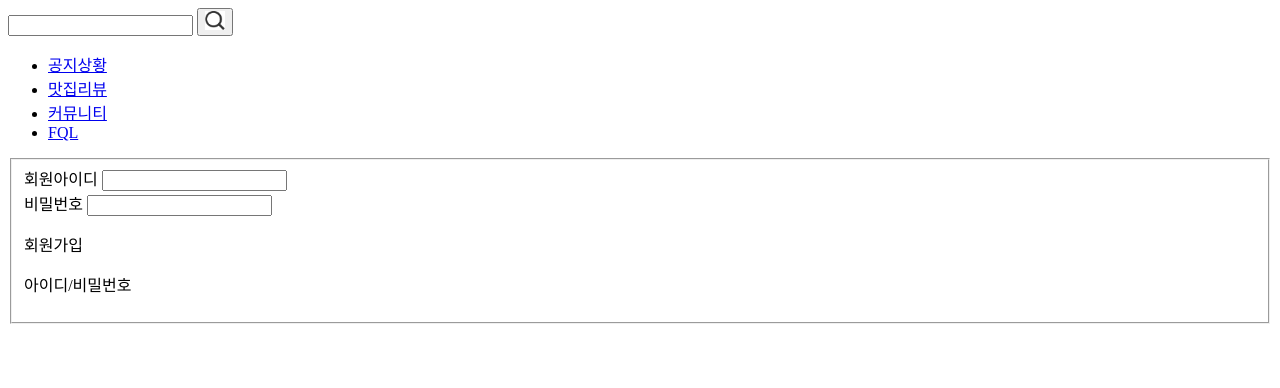
Repository: cally91/VegetLife
Page: http://localhost/VegetLife/
An editor plug-in stored every save of this project. The page is shown before and after the next save, followed by the edit.
The browser window is 1280 px wide. The pictures show the whole page.
The page is served by Tomcat 9. Other server files are loaded and not shown.

Above is the page before, as saved 2019-07-10 03:44:42.

### VegetLife/src/main/webapp/WEB-INF/views/home.jsp
<%@ page language="java" contentType="text/html; charset=UTF-8"
    pageEncoding="UTF-8"%>
<!DOCTYPE html>
<html>
<head>
<meta charset="UTF-8">
<title>Insert title here</title>

</head>
<body>

	<form>
	<input type="text"name="m_text"id="m_texr">
	<button><img src="${pageContext.request.contextPath}/resources/image/images.png"  class="img1" width="20px" ></img></button>
	</form>
	<ul>
		<li><a href="#">공지상황</a></li>
		<li><a href="#">맛집리뷰</a></li>
		<li><a href="#">커뮤니티</a></li>
		<li><a href="#">FQL</a></li>
	</ul>
	<form action="">
	<fieldset>
	<div>
	<label for="m_userid">회원아이디</label>
	<input type="text"name="m_userid"id="m_userid">
	</div>
	<div>
	<label for="m_password">비밀번호</label>
	<input type="password"name="password"id="password">
	</div>
	<div>
	<p>회원가입</p><p>아이디/비밀번호</p>
	</div>
	</fieldset>
	</form>
</body>
</html>

After the next save:
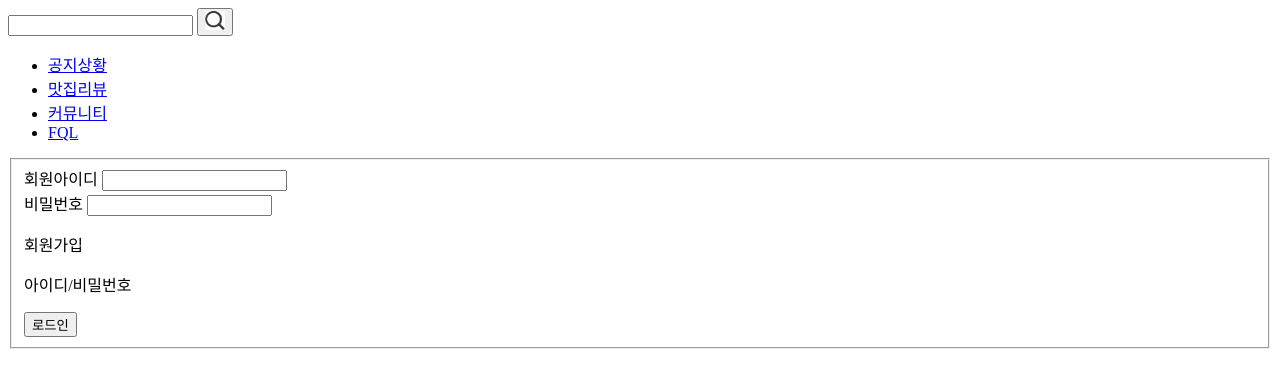
Saved 97 s later.
--- a/VegetLife/src/main/webapp/WEB-INF/views/home.jsp
+++ b/VegetLife/src/main/webapp/WEB-INF/views/home.jsp
@@ -31,6 +31,7 @@
 	</div>
 	<div>
 	<p>회원가입</p><p>아이디/비밀번호</p>
+	<button><a hrtf="#">로드인</a></button>
 	</div>
 	</fieldset>
 	</form>
